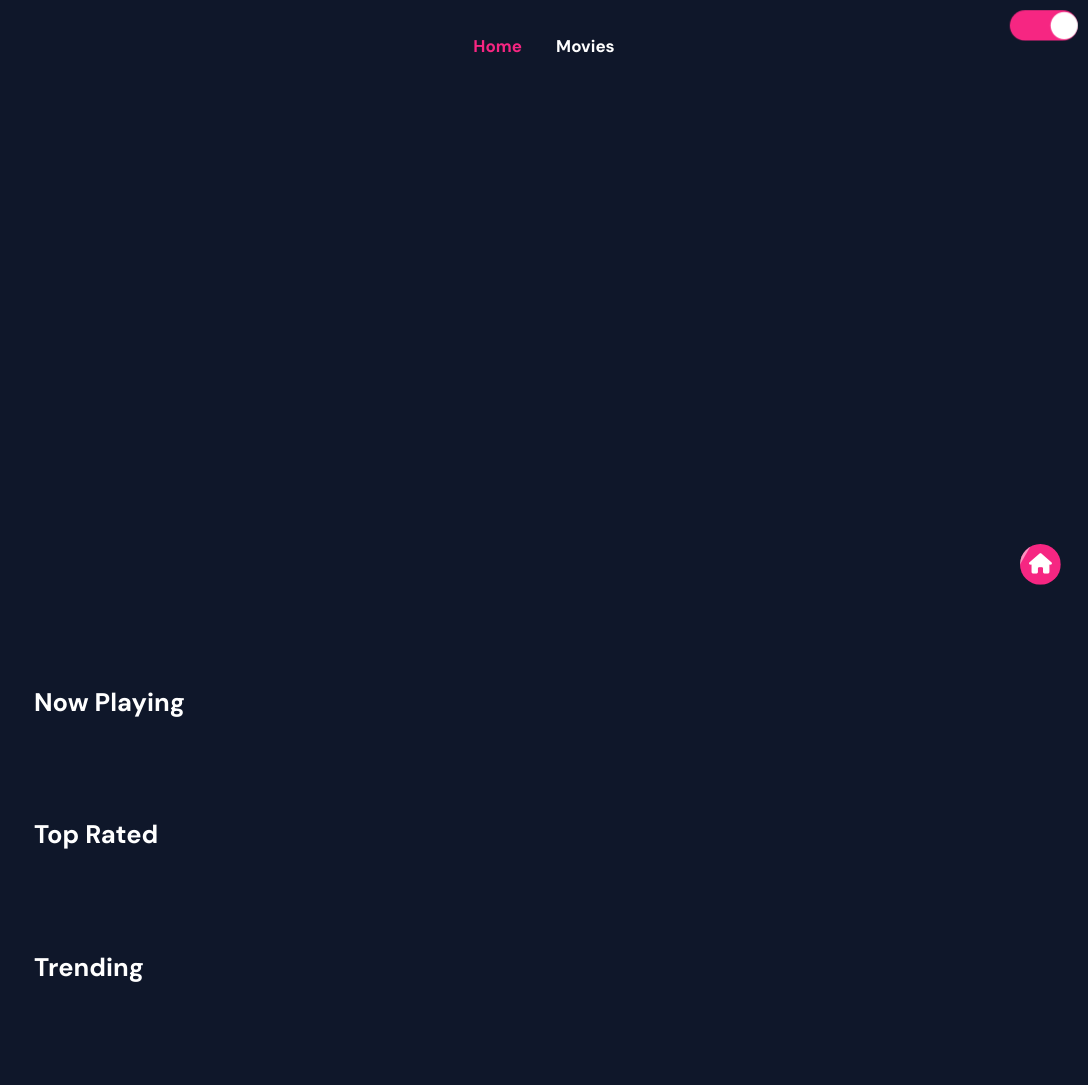
Repository: Linhyum/react-simple-movie
Page: /
The author's editor kept a copy of each file at every save. The page is drawn from the files as they stood at one save, then again after the next save.
The browser window is 1280 px wide. The pictures show the whole page, at 85% of full size.
The page's requests for data from a server got no answer. The project was rebuilt for these pictures with package versions that can differ from the ones it lists, and the page was loaded fresh each time. No one was signed in, and anything a server would have sent is missing. Also part of the build but not shown: src/components/button/Button.js, src/components/movie/MovieCard.js.

Above is the page before, as saved 2023-04-02 19:41:49.

### public/index.html
<!DOCTYPE html>
<html lang="en">
    <head>
        <meta charset="utf-8" />
        <link rel="icon" href="%PUBLIC_URL%/favicon.ico" />
        <meta name="viewport" content="width=device-width, initial-scale=1" />
        <meta name="theme-color" content="#000000" />
        <meta name="description" content="Web site created using create-react-app" />
        <link rel="apple-touch-icon" href="%PUBLIC_URL%/logo192.png" />
        <!--
      manifest.json provides metadata used when your web app is installed on a
      user's mobile device or desktop. See https://developers.google.com/web/fundamentals/web-app-manifest/
    -->
        <link rel="manifest" href="%PUBLIC_URL%/manifest.json" />
        <link
            rel="stylesheet"
            href="https://cdnjs.cloudflare.com/ajax/libs/font-awesome/6.4.0/css/all.min.css"
            integrity="sha512-iecdLmaskl7CVkqkXNQ/ZH/XLlvWZOJyj7Yy7tcenmpD1ypASozpmT/E0iPtmFIB46ZmdtAc9eNBvH0H/ZpiBw=="
            crossorigin="anonymous"
            referrerpolicy="no-referrer"
        />
        <!--
      Notice the use of %PUBLIC_URL% in the tags above.
      It will be replaced with the URL of the `public` folder during the build.
      Only files inside the `public` folder can be referenced from the HTML.

      Unlike "/favicon.ico" or "favicon.ico", "%PUBLIC_URL%/favicon.ico" will
      work correctly both with client-side routing and a non-root public URL.
      Learn how to configure a non-root public URL by running `npm run build`.
    -->
        <title>React App</title>
    </head>
    <body>
        <noscript>You need to enable JavaScript to run this app.</noscript>
        <div id="root"></div>
        <!--
      This HTML file is a template.
      If you open it directly in the browser, you will see an empty page.

      You can add webfonts, meta tags, or analytics to this file.
      The build step will place the bundled scripts into the <body> tag.

      To begin the development, run `npm start` or `yarn start`.
      To create a production bundle, use `npm run build` or `yarn build`.
    --></body>
</html>

### src/index.js
import React from "react";
import ReactDOM from "react-dom/client";
import "./index.scss";
import App from "./App";
import reportWebVitals from "./reportWebVitals";
import { BrowserRouter } from "react-router-dom";

const root = ReactDOM.createRoot(document.getElementById("root"));
root.render(
    <React.StrictMode>
        <BrowserRouter>
            <App />
        </BrowserRouter>
    </React.StrictMode>
);

// If you want to start measuring performance in your app, pass a function
// to log results (for example: reportWebVitals(console.log))
// or send to an analytics endpoint. Learn more: https://bit.ly/CRA-vitals
reportWebVitals();

### src/index.scss
@tailwind base;
@tailwind components;
@tailwind utilities;
@import url("https://fonts.googleapis.com/css2?family=DM+Sans:wght@400;500;700&display=swap");

@layer base {
    body.dark {
        @apply bg-slate-900 font-body px-5 text-white;
    }

    body {
        @apply bg-white text-slate-900;
        transition: all linear 0.3s;
    }
    body input {
        @apply text-white;
    }

    .pagination {
        display: flex;
        align-items: center;
        justify-content: center;
        column-gap: 30px;
        font-size: 22px;
        font-weight: 500;
    }

    .pagination .active {
        @apply text-primary;
    }

    @media (max-width: 639px) {
        .moive-page {
            @apply grid-cols-1;
        }
    }

    :root {
        --swiper-theme-color: #f62682 !important;
        --swiper-pagination-bullet-inactive-color: #aaa !important;
        --swiper-pagination-bullet-inactive-opacity: 1;
    }
    .swiper-button-prev,
    .swiper-button-next {
        position: absolute !important;
        top: 50% !important;
        width: 60px !important;
        height: 60px !important;
        margin-top: -12.5px !important;
        z-index: 10 !important;
        cursor: pointer !important;
        border-radius: 50% !important;
        background: rgb(204, 204, 204, 0.7) !important;
        transition: all 0.3s ease !important;
        display: flex;
        justify-content: center !important;
        align-items: center !important;
        font-weight: 700 !important;
    }

    .swiper-button-prev {
        left: 0;
    }

    .swiper-button-next {
        right: 0;
    }

    .swiper-button-prev:hover,
    .swiper-button-next:hover {
        background: rgb(204, 204, 204) !important;
    }
    .movie-list .swiper-pagination {
        display: none;
    }

    @media (max-width: 1023px) {
        .banner .swiper-pagination {
            display: none !important;
        }
    }

    /* Tạo thanh cuộn */
    body::-webkit-scrollbar {
        width: 10px;
    }

    /* Tạo màu nền cho thanh cuộn */
    body::-webkit-scrollbar-track {
        background-color: #eee;
    }

    /* Tạo màu cho thanh cuộn */
    body::-webkit-scrollbar-thumb {
        background-color: #f62682;
        border-radius: 5px;
    }
    button {
        position: relative;
        overflow: hidden;
        transition: all 0.3s ease-in-out;
    }

    button:before {
        content: "";
        position: absolute;
        top: 0;
        left: -100%;
        width: 100%;
        height: 100%;
        background-color: rgba(255, 255, 255, 0.5);
        transform: skewX(-30deg);
        transition: all 0.3s ease-in-out;
    }

    button:hover:before {
        left: 0;
    }

    button:hover {
        @apply bg-blue-600;
    }
    button:hover div {
        @apply text-blue-600;
    }
    button div {
        transition: all 0.3s ease-in-out;
    }
}

@layer components {
    .page-container {
        max-width: 1200px;
        @apply mx-auto;
    }
    .movie-list .swiper-slide {
        width: 270px;
    }
    .banner .swiper {
        height: 100%;
    }
    .trailer iframe {
        width: 100%;
        height: 100%;
    }
}

### src/App.js
import { Route, Routes } from "react-router-dom";
import Main from "./components/layout/Main";
// import HomePage from "./pages/HomePage";
// import MovieDetailsPage from "./pages/MovieDetailsPage";
// import MoviePage from "./pages/MoviePage";
import { lazy, Suspense } from "react";

const HomePage = lazy(() => import("./pages/HomePage"));
const MoviePage = lazy(() => import("./pages/MoviePage"));
const MovieDetailsPage = lazy(() => import("./pages/MovieDetailsPage"));

function App() {
    return (
        <Suspense fallback={<></>}>
            <Routes>
                <Route element={<Main></Main>}>
                    <Route path="/" element={<HomePage></HomePage>}></Route>
                    <Route path="/movies" element={<MoviePage></MoviePage>}></Route>
                    <Route
                        path="/movies/:slug"
                        element={<MovieDetailsPage></MovieDetailsPage>}
                    ></Route>
                </Route>
            </Routes>
        </Suspense>
    );
}

export default App;

### src/components/layout/Main.js
import React from "react";
import Header from "./Header";
import { Outlet } from "react-router-dom";
const Main = () => {
    return (
        <>
            <Header></Header>
            <Outlet></Outlet>
        </>
    );
};

export default Main;

### src/pages/HomePage.js
import React from "react";
import Banner from "../components/banner/Banner";
import MovieList from "../components/movie/MovieList";

const HomePage = () => {
    return (
        <>
            <Banner></Banner>
            <section className="movies-layout page-container pb-20">
                <h2 className="capitalize  mb-10 text-3xl font-bold">Now playing</h2>
                <MovieList type={"now_playing"}></MovieList>
            </section>

            <section className="movies-layout page-container pb-20">
                <h2 className="capitalize  mb-10 text-3xl font-bold">Top Rated</h2>
                <MovieList type={"top_rated"}></MovieList>
            </section>

            <section className="movies-layout page-container pb-20">
                <h2 className="capitalize  mb-10 text-3xl font-bold">Trending</h2>
                <MovieList type={"popular"}></MovieList>
            </section>
        </>
    );
};

export default HomePage;

### src/components/layout/Header.js
import React, { useState } from "react";
import { NavLink } from "react-router-dom";

const Header = () => {
    const [dark, setDark] = useState(true);
    const active = ({ isActive }) => isActive && "text-primary";
    const handleClick = () => {
        window.scrollTo({ top: 0, behavior: "smooth" });
    };
    if (dark) {
        document.body.classList.add("dark");
    } else {
        document.body.classList.remove("dark");
    }
    return (
        <>
            <header className="header text-xl font-semibold flex items-center justify-center gap-x-10  py-10 mb-5">
                <NavLink to={"/"} className={active}>
                    Home
                </NavLink>
                <NavLink to={"/movies"} className={active}>
                    Movies
                </NavLink>
            </header>
            <button
                className="fixed z-50 bottom-8 right-8  w-12 h-12 rounded-full bg-primary text-2xl"
                onClick={handleClick}
            >
                <i class="fa-solid fa-house"></i>
            </button>
            <div className="fixed top-3 right-3 z-50">
                <div
                    className={`relative transition-all duration-300 w-20 h-9 flex items-center cursor-pointer rounded-full ${
                        dark ? "bg-primary" : "bg-slate-600"
                    } `}
                    onClick={() => setDark(!dark)}
                >
                    <div
                        className={`absolute transition-all duration-300 w-8 h-8 rounded-full  ${
                            dark ? "left-full -translate-x-full bg-white" : "left-0 bg-primary"
                        }`}
                    ></div>
                </div>
            </div>
        </>
    );
};

export default Header;

### src/components/banner/Banner.js
import React from "react";
import useSWR from "swr";
import { SwiperSlide, Swiper } from "swiper/react";
import "swiper/scss";
import { fetcher, getImg, getMovieList } from "../../config";
import { useNavigate } from "react-router-dom";
import SwiperCore, { Navigation, Pagination, Autoplay } from "swiper";
import "swiper/swiper-bundle.css";
SwiperCore.use([Navigation, Pagination, Autoplay]);
const Banner = () => {
    const { data } = useSWR(getMovieList("upcoming"), fetcher);
    const banners = data?.results || [];
    return (
        <section className="banner h-[600px] page-container mb-20 ">
            <Swiper
                navigation={{ prevEl: ".swiper-button-prev", nextEl: ".swiper-button-next" }}
                autoplay={{ delay: 5000, disableOnInteraction: false }}
                pagination={{ clickable: true }}
                slidesPerView={1}
            >
                {banners.length > 0 &&
                    banners.map((item) => (
                        <SwiperSlide key={item.id}>
                            <BannerItem info={item}></BannerItem>
                        </SwiperSlide>
                    ))}
                <div className="swiper-button-prev"></div>
                <div className="swiper-button-next"></div>
            </Swiper>
        </section>
    );
};

const BannerItem = ({ info }) => {
    const navigate = useNavigate();
    return (
        <div className="w-full h-full rounded-lg relative text-white">
            <div className="overlay absolute inset-0 bg-gradient-to-t from-[rgba(0,0,0,0.7)] to-[rgba(0,0,0,0.2)] rounded-lg"></div>
            <img
                src={getImg(info.poster_path)}
                alt=""
                className="w-full h-full object-cover rounded-lg"
            />
            <div className="absolute left-5 bottom-5 w-full ">
                <h2 className="font-bold text-3xl mb-5">{info.title}</h2>
                <div className="flex items-center gap-x-3 mb-8">
                    <span className="cursor-pointer py-2 px-4 border border-white rounded-md">
                        Adventure
                    </span>
                    <span className="cursor-pointer py-2 px-4 border border-white rounded-md">
                        Adventure
                    </span>
                    <span className="cursor-pointer py-2 px-4 border border-white rounded-md">
                        Adventure
                    </span>
                </div>
                <button
                    onClick={() => navigate(`/movies/${info.id}`)}
                    className="py-3 flex items-center justify-center gap-x-3 px-6 rounded-lg bg-primary text-xl  font-bold"
                >
                    <span>Watch Now</span>
                    <div className="w-10 h-10 rounded-full bg-white text-primary flex items-center justify-center">
                        <i class="fa-solid fa-play"></i>
                    </div>
                </button>
            </div>
        </div>
    );
};

export default Banner;

### src/components/movie/MovieList.js
import React from "react";
import { SwiperSlide, Swiper } from "swiper/react";
import "swiper/scss";
import useSWR from "swr";
import { fetcher, getMovieList } from "../../config";
import MovieCard from "./MovieCard";
import SwiperCore, { Navigation, Pagination, Autoplay } from "swiper";
import "swiper/swiper-bundle.css";
SwiperCore.use([Navigation, Pagination, Autoplay]);
//https://api.themoviedb.org/3/movie/now_playing?api_key=<<api_key>>
//https://api.themoviedb.org/3/movie/popular?api_key=<<api_key>>
//https://api.themoviedb.org/3/movie/top_rated?api_key=<<api_key>>
let slidesPerView = 0;
const MovieList = ({ type }) => {
    const { data } = useSWR(getMovieList(type), fetcher);
    const movies = data?.results || [];
    return (
        <div className="movie-list">
            <Swiper
                navigation={{ prevEl: ".swiper-button-prev", nextEl: ".swiper-button-next" }}
                spaceBetween={30}
                slidesPerView={slidesPerView}
                grabCursor={true}
                breakpoints={{
                    0: {
                        slidesPerView: 1,
                        spaceBetween: 0,
                    },
                    640: {
                        slidesPerView: 2,
                        spaceBetween: 20,
                    },
                    768: {
                        slidesPerView: 3,
                        spaceBetween: 20,
                    },
                    1024: {
                        slidesPerView: 4,
                        spaceBetween: 30,
                    },
                    1280: {
                        slidesPerView: 4,
                        spaceBetween: 30,
                    },
                    1536: {
                        slidesPerView: 5,
                        spaceBetween: 40,
                    },
                }}
            >
                {movies.length > 0 &&
                    movies.map((item) => (
                        <SwiperSlide key={item.id}>
                            <MovieCard info={item}></MovieCard>
                        </SwiperSlide>
                    ))}
                <div className="swiper-button-prev"></div>
                <div className="swiper-button-next"></div>
            </Swiper>
        </div>
    );
};

export default MovieList;

### src/config.js
const fetcher = (...args) => fetch(...args).then((res) => res.json());
const getMovieList = (type1 = "", type2 = "", type3 = "") =>
    `https://api.themoviedb.org/3${type3}/movie/${type1}${type2}?api_key=9e4dcf244e30611641c2a44c752a2353`;
const getImg = (type) => `https://image.tmdb.org/t/p/original${type}`;
export { fetcher, getMovieList, getImg };

### tailwind.config.js
/** @type {import('tailwindcss').Config} */
module.exports = {
    content: ["./src/**/*.{js,jsx,ts,tsx}"],
    theme: {
        extend: {
            fontFamily: {
                body: ["DM Sans", "sans-serif"],
            },
            colors: {
                primary: "#f62682",
            },
        },
    },
    plugins: [],
};

Loaded but not shown: src/reportWebVitals.js (common file)

After the next save:
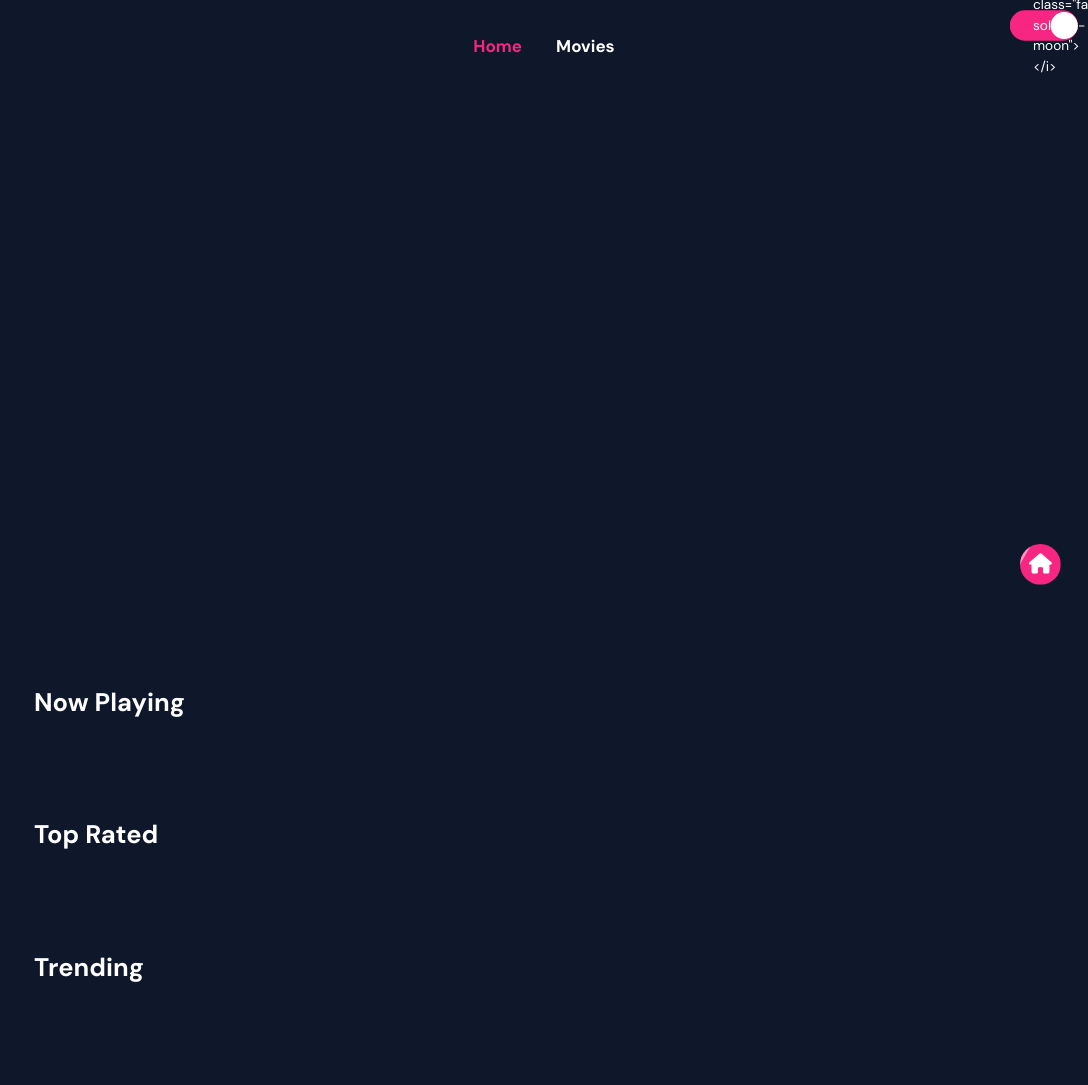
Saved 2 min 4 s later.
--- a/src/components/layout/Header.js
+++ b/src/components/layout/Header.js
@@ -36,10 +36,14 @@
                     onClick={() => setDark(!dark)}
                 >
                     <div
-                        className={`absolute transition-all duration-300 w-8 h-8 rounded-full  ${
+                        className={`absolute flex items-center justify-center transition-all duration-300 w-8 h-8 rounded-full  ${
                             dark ? "left-full -translate-x-full bg-white" : "left-0 bg-primary"
                         }`}
-                    ></div>
+                    >
+                        {dark
+                            ? '<i class="fa-solid fa-moon"></i>'
+                            : '<i class="fa-solid fa-sun"></i>'}
+                    </div>
                 </div>
             </div>
         </>

After the save that followed:
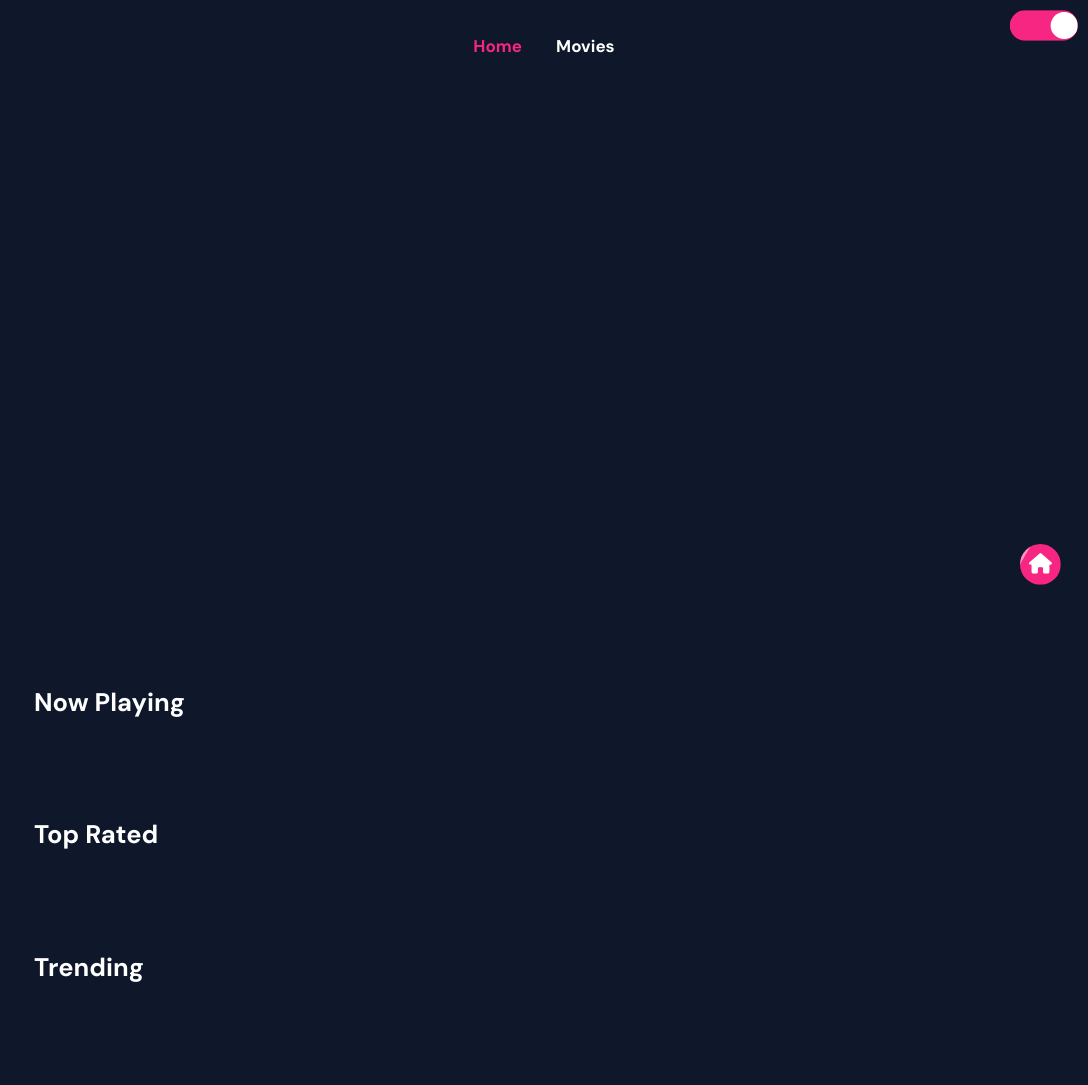
Saved 19 s later.
--- a/src/components/layout/Header.js
+++ b/src/components/layout/Header.js
@@ -40,9 +40,10 @@
                             dark ? "left-full -translate-x-full bg-white" : "left-0 bg-primary"
                         }`}
                     >
-                        {dark
+                        {/* {dark
                             ? '<i class="fa-solid fa-moon"></i>'
-                            : '<i class="fa-solid fa-sun"></i>'}
+                            : '<i class="fa-solid fa-sun"></i>'} */}
+                        <i class="fa-solid fa-sun"></i>
                     </div>
                 </div>
             </div>
